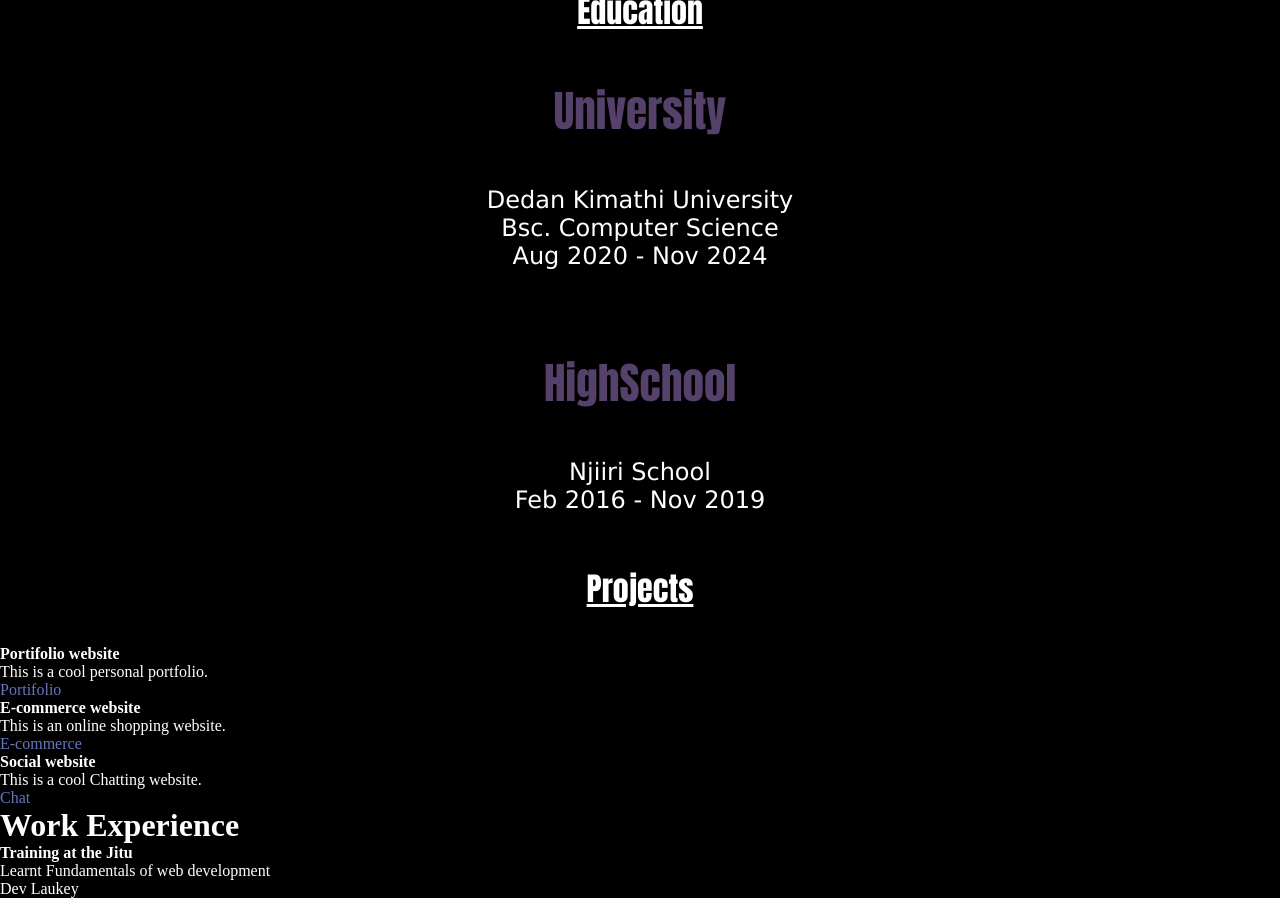
Repository: LaukeyMwaura/Jitu-Day-2
Page: index.html
An editor plug-in stored every save of this project. The page is shown before and after the next save, followed by the edit.
The browser window is 1280 px wide. The pictures show the part of the page from y = 890 to 1842 px (the page is 1788 px tall before and 1842 px after).
A picture or video elsewhere on the page could not be fetched, so the positions and the page height are approximate.

Above is the page before, as saved 2022-05-12 00:37:43.

### index.html
<!DOCTYPE html>
<html lang="en">
  <head>
    <meta charset="UTF-8" />
    <meta http-equiv="X-UA-Compatible" content="IE=edge" />
    <meta name="viewport" content="width=device-width, initial-scale=1.0" />
    <title>First Site</title>
    <link rel="stylesheet" href="./style.css">
  </head>
  <body>
    <nav class="nav">
      <ul class="list" style="list-style-type: circle">
        <li><a href="#about">About </a></li>
        <li><a href="#skills">Skills </a></li>
        <li><a href="#education">Education </a></li>
        <li><a href="#projects">Projects </a></li>
        <li><a href="#work">Work </a></li>
      </ul>
    </nav>
    <div id="about">
      <h1 class="heading" id="about-me">About Me</h1>
      <div class="about">
        <p class="text">Music Lover

        </p>
        <br>
         <p class="text"> Programming Enthusiast.</p>
          <p class="text">Let's connect:</p>
      <ul class="links">
     <li><a class="link" target="_blank" href="https://devlaukey.netlify.com/">Website</a></li>

        <li> <a target="_blank" href="https://www.linkedin.com/in/devlaukey/"
        >LinkedIn</a
      ></li>
        <li>
      <a target="_blank" href="https://github.com/DevLaukey">Github</a></li>
      </ul>

      <img
        height="450"
        weight="450"
        src="https://devlaukey.netlify.app/uploads/me.jpeg"
        alt=""
      />

      </div>


    </div>
    <div id="skills" >
      <h1 class="heading">Skills</h1>
      <ul class="skills">
        <li id="html">HTML</li>
        <li>CSS</li>
        <li>Javascript</li>
      </ul>
    </div>

    <div class="education" id="education">
      <h1 class="heading">Education</h1>
      <div class="text">
        <h1 class="subheading">University</h1>
        <p class="">Dedan Kimathi University</p>
        <p>Bsc. Computer Science</p>
        <p>Aug 2020 - Nov 2024</p>
      </div>
      <br>
      <br>
      <div class="text">
        <h1 class="subheading">HighSchool</h1>
        <p>Njiiri School</p>
        <p>Feb 2016 - Nov 2019</p>
      </div>
    </div>
    <br>
    <div class="project" id="projects">
      <h1 class="heading">Projects</h1>
      <div class="project" >
        <h4>Portifolio website</h4>
        <p>This is a cool personal portfolio.</p>
        <a href="https://devlaukey.netlify.app/">Portifolio</a>
      </div>
      <div class="project">
        <h4>E-commerce website</h4>
        <p>This is an online shopping website.</p>
        <a href="https://victor-100.web.app/">E-commerce</a>
      </div>
      <div class="project">
        <h4>Social website</h4>
        <p>This is a cool Chatting website.</p>
        <a href="https://messenger-clone-70550.web.app/">Chat</a>
      </div>
    </div>
    <div id="work" class="work">
      <h1>Work Experience</h1>
      <div>
        <h4>Training at the Jitu</h4>
        <p>Learnt Fundamentals of web development</p>
      </div>
    </div>

    <footer>
      <p>Dev Laukey</p>
    </footer>
  </body>
</html>

### style.css
* {
  margin: 0;
  padding: 0;
  box-sizing: border-box;
}
body {
  background-color: black;
  color: white;
}
.about {
  font-family: Impact, Haettenschweiler, "Arial Narrow Bold", sans-serifs;
}
.heading {
  text-decoration: underline;
  text-align: center;
  font-size: 2em;
  font-family: Impact, Haettenschweiler, "Arial Narrow Bold", sans-serifs;
  margin: 1em;
}
.subheading {
  text-align: center;
  color: rgb(86, 65, 107);
  font-size: 1.8em;
  font-family: Impact, Haettenschweiler, "Arial Narrow Bold", sans-serifs;
  margin: 1em;
}
.list {
  display: flex;
  text-align: center;
  justify-content: center;
  overflow: hidden;
}

.list > li {
  margin: 10px 5px;
  font-size: 1.5rem;
  padding: 10px 10px 0 10px;
  font-family: "Courier New", Courier, monospace;
}
li {
  list-style: none;
}
.links {
  padding: 10px;
}
a {
  text-decoration: none;
  color: rgb(102, 118, 190);
}

.text {
    text-align: center;
  font-size: 1.5em;
  font-family: "Lucida Sans", "Lucida Sans Regular", "Lucida Grande",
    "Lucida Sans Unicode", Geneva, Verdana, sans-serif;
}

.about {
  display: flex;

  justify-content: space-evenly;
}

.skills {
  color: rgb(180, 153, 153);
  text-align: center;
  font-size: 2rem;
}

After the next save:
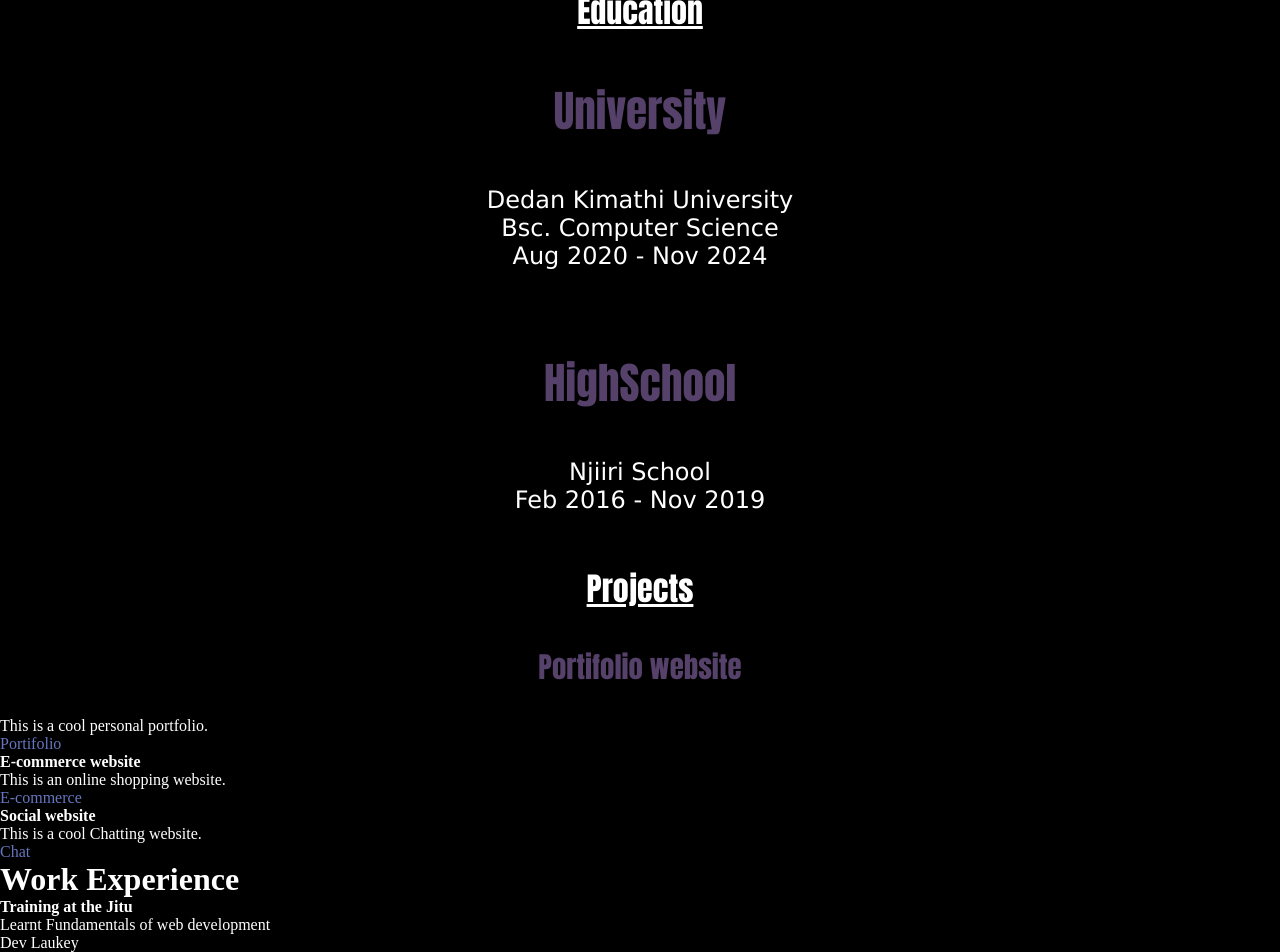
Saved 10 s later.
--- a/index.html
+++ b/index.html
@@ -76,7 +76,7 @@
     <div class="project" id="projects">
       <h1 class="heading">Projects</h1>
       <div class="project" >
-        <h4>Portifolio website</h4>
+        <h4 class="subheading">Portifolio website</h4>
         <p>This is a cool personal portfolio.</p>
         <a href="https://devlaukey.netlify.app/">Portifolio</a>
       </div>
